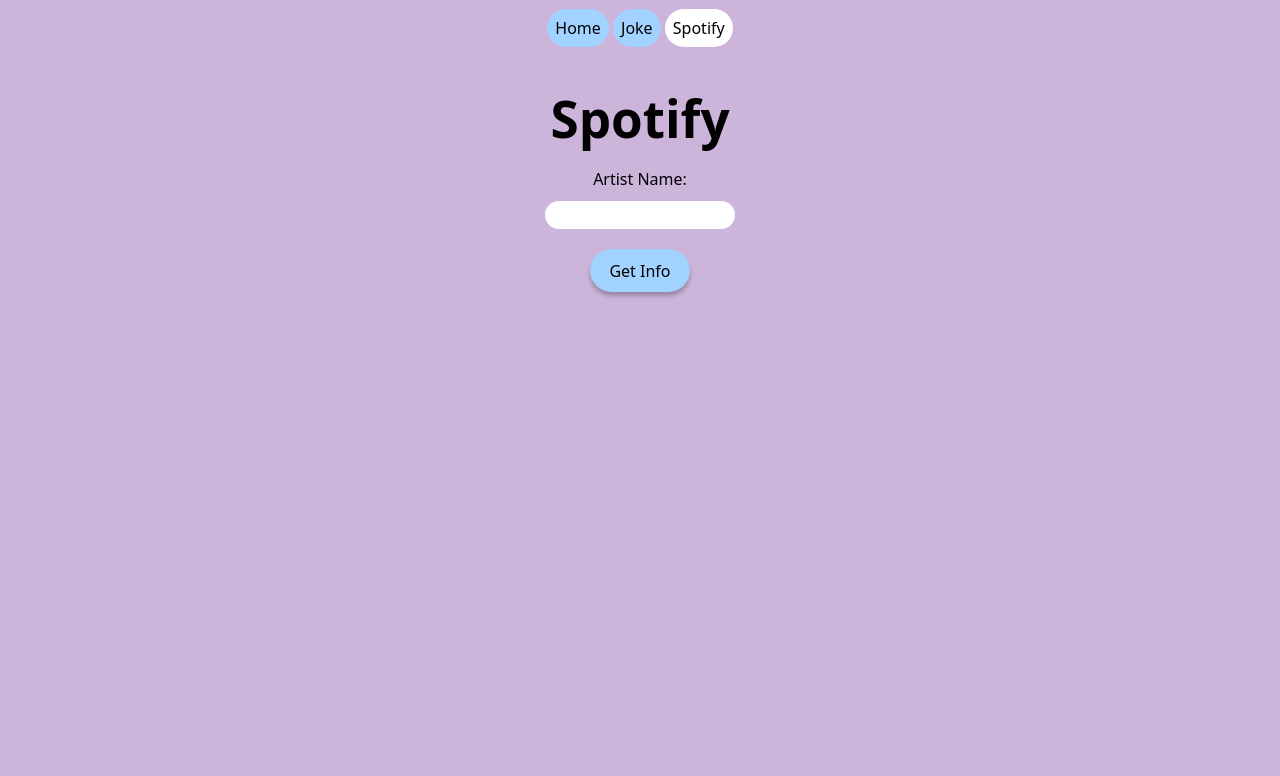
Repository: rosieomusic/spotify-react
Page: /#/spotify
An editor plug-in stored every save of this project. The page is shown before and after the next save, followed by the edit.
The browser window is 1280 px wide. The pictures show the whole page.
The page's requests for data from a server got no answer. Some web fonts or font styles are not loaded; a fallback is used. The project was rebuilt for these pictures with package versions that can differ from the ones it lists, and the page was loaded fresh each time. No one was signed in, and anything a server would have sent is missing. Settings that the repository does not hold, such as keys and server addresses, were given made-up values. Also part of the build but not shown: vite.config.js, src/pages/HomePage.jsx, src/components/AlbumComponent.jsx, src/services/JokeService.js, src/pages/JokePage.jsx.

Above is the page before, as saved 2025-05-22 13:51:22.

After the next save:
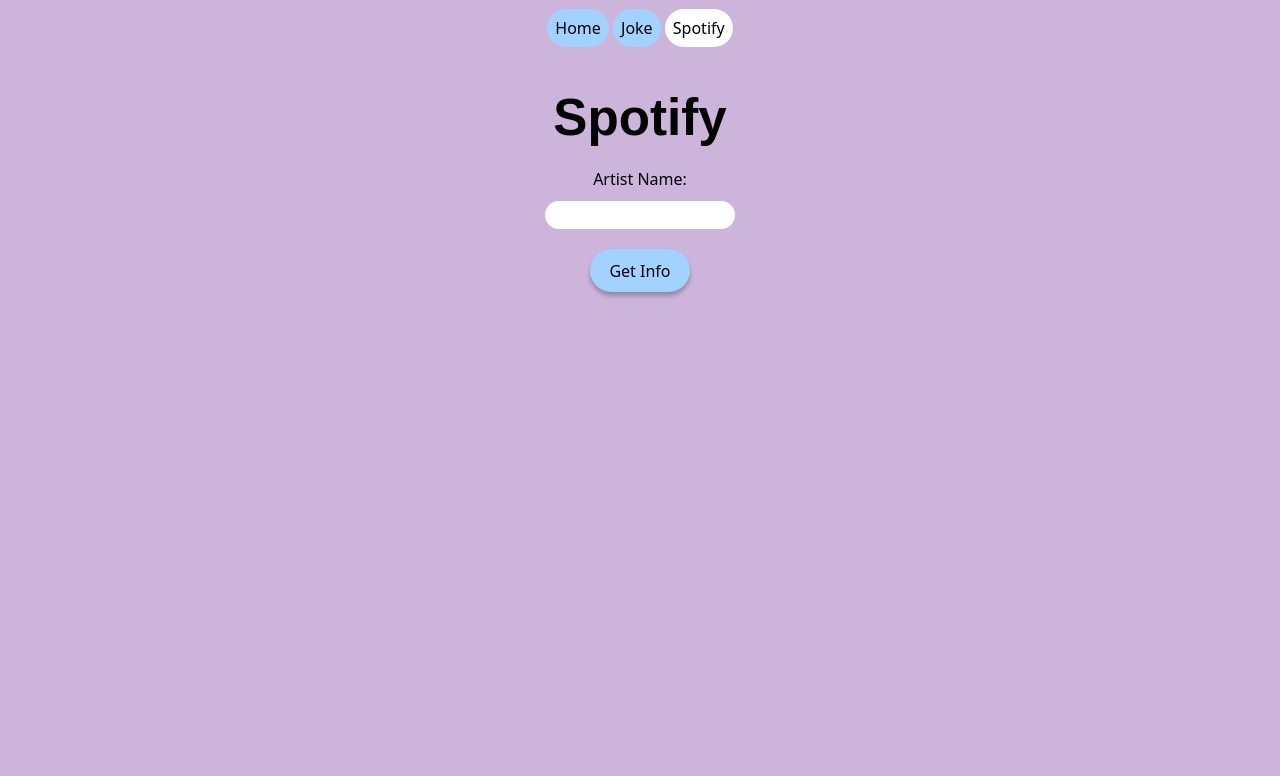
Saved 43 s later.
--- a/src/App.css
+++ b/src/App.css
@@ -73,6 +73,7 @@ button:hover {
 }
 h1,
 p {
+	font-family: 'Tiny5', sans-serif;
 	justify-self: center;
 	text-align: center;
 	align-self: center;
@@ -103,7 +104,6 @@ nav {
 .albumImg {
 	width: 100%;
 	max-width: 90%;
-
 	display: grid;
 	justify-self: center;
 }
